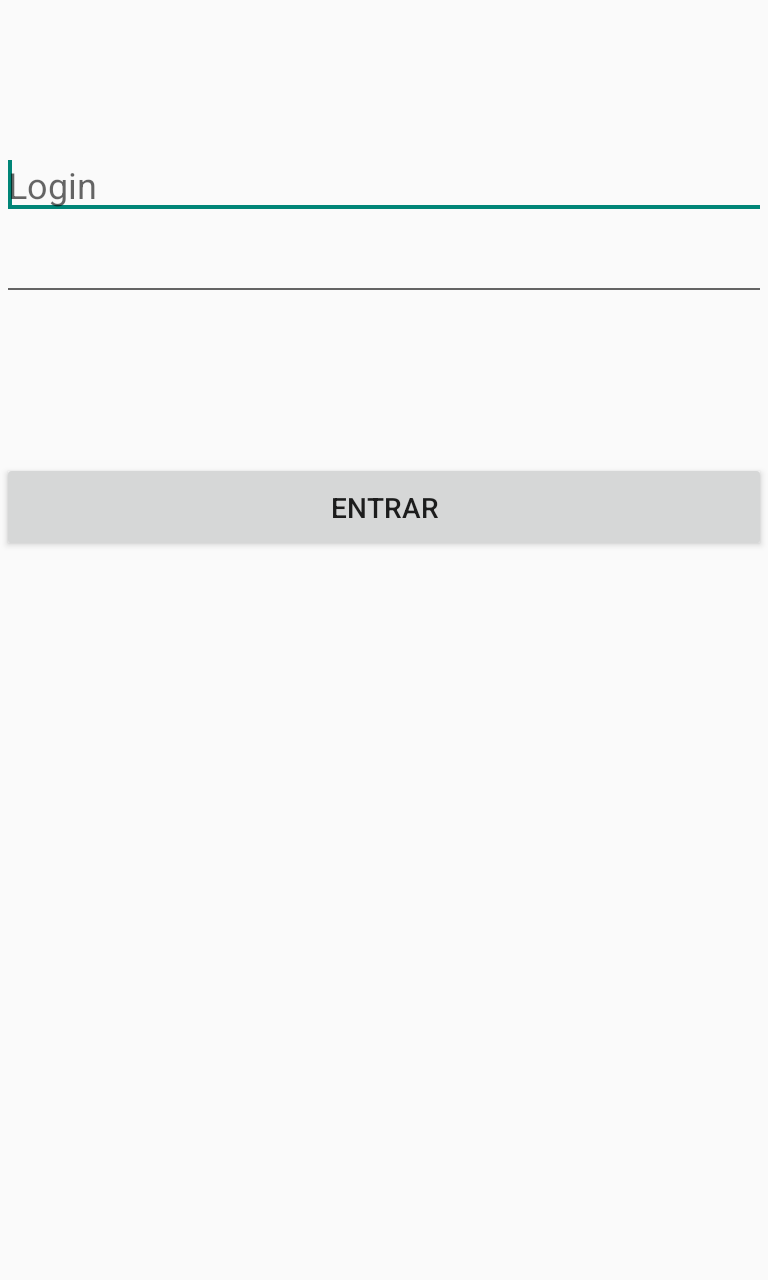
Repository: LucasSampaio/SysPizza-PSI
Layout: CodigoFonte/MOBILE/SysPizza/res/layout/activity_login.xml
These files come from the project's save history. The layout is drawn as it stood at one moment and after the next save; the edit follows.
It is drawn on a 768 x 1280 px phone screen (xhdpi) without system bars, with theme AppTheme; the app's code is not run.

Above is the layout before, as saved 2014-09-29 18:08:00.

After the next save:
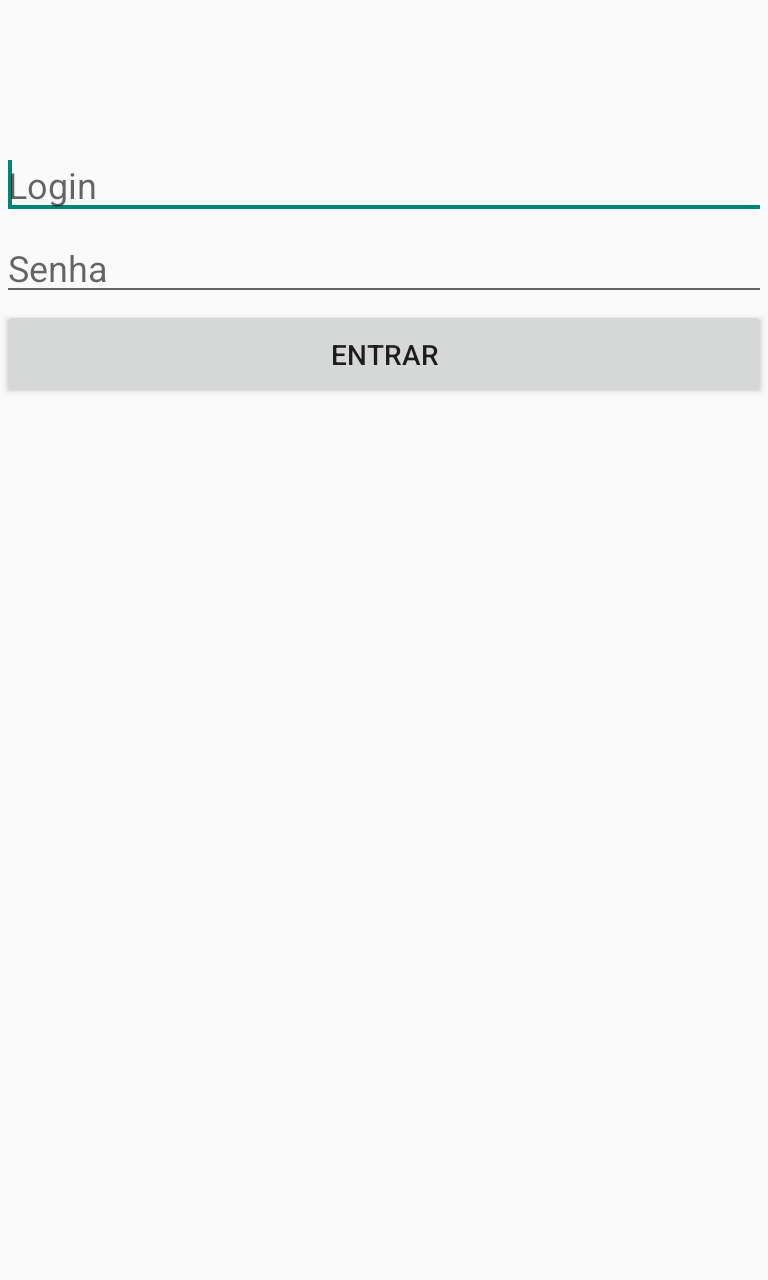
Saved 16 s later.
--- a/CodigoFonte/MOBILE/SysPizza/res/layout/activity_login.xml
+++ b/CodigoFonte/MOBILE/SysPizza/res/layout/activity_login.xml
@@ -17,15 +17,6 @@
         <requestFocus />
     </EditText>
 
-    <Button
-        android:id="@+id/btEntrar"
-        android:layout_width="fill_parent"
-        android:layout_height="wrap_content"
-        android:layout_alignParentLeft="true"
-        android:layout_below="@+id/etLogin"
-        android:layout_marginTop="118dp"
-        android:text="Entrar" />
-
     <EditText
         android:id="@+id/etSenha"
         android:layout_width="fill_parent"
@@ -33,6 +24,15 @@
         android:layout_alignParentLeft="true"
         android:layout_below="@+id/etLogin"
         android:ems="10"
+        android:hint="Senha"
         android:inputType="textPassword" />
 
+    <Button
+        android:id="@+id/btEntrar"
+        android:layout_width="fill_parent"
+        android:layout_height="wrap_content"
+        android:layout_alignParentLeft="true"
+        android:layout_below="@+id/etSenha"
+        android:text="Entrar" />
+
 </RelativeLayout>
